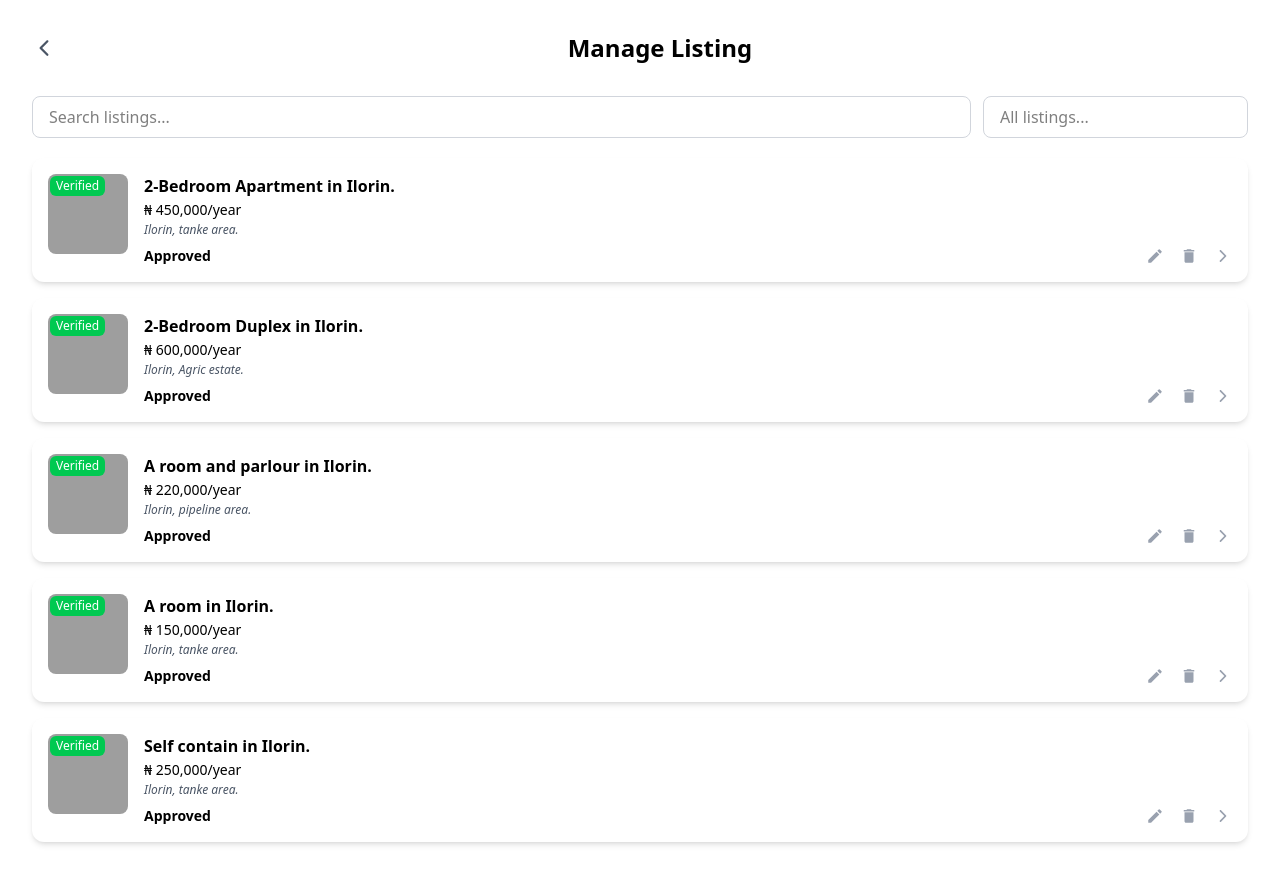
Repository: Em-driod/spotify-clone
Page: /Manage
The author's editor kept a copy of each file at every save. The page is drawn from the files as they stood at one save, then again after the next save.
The browser window is 1280 px wide. The pictures show the whole page.
Pictures or frames that could not be fetched are drawn as grey boxes. The project was rebuilt for these pictures with package versions that can differ from the ones it lists, and the page was loaded fresh each time. Also part of the build but not shown: vite.config.ts, src/pages/veryify.tsx, src/pages/LandingPage.tsx, src/pages/Back.tsx, src/pages/Change.tsx, src/pages/onboard.tsx, src/pages/Skips.tsx, src/pages/Otp.tsx and 6 more.

Above is the page before, as saved 2025-07-09 17:25:35.

After the next save:
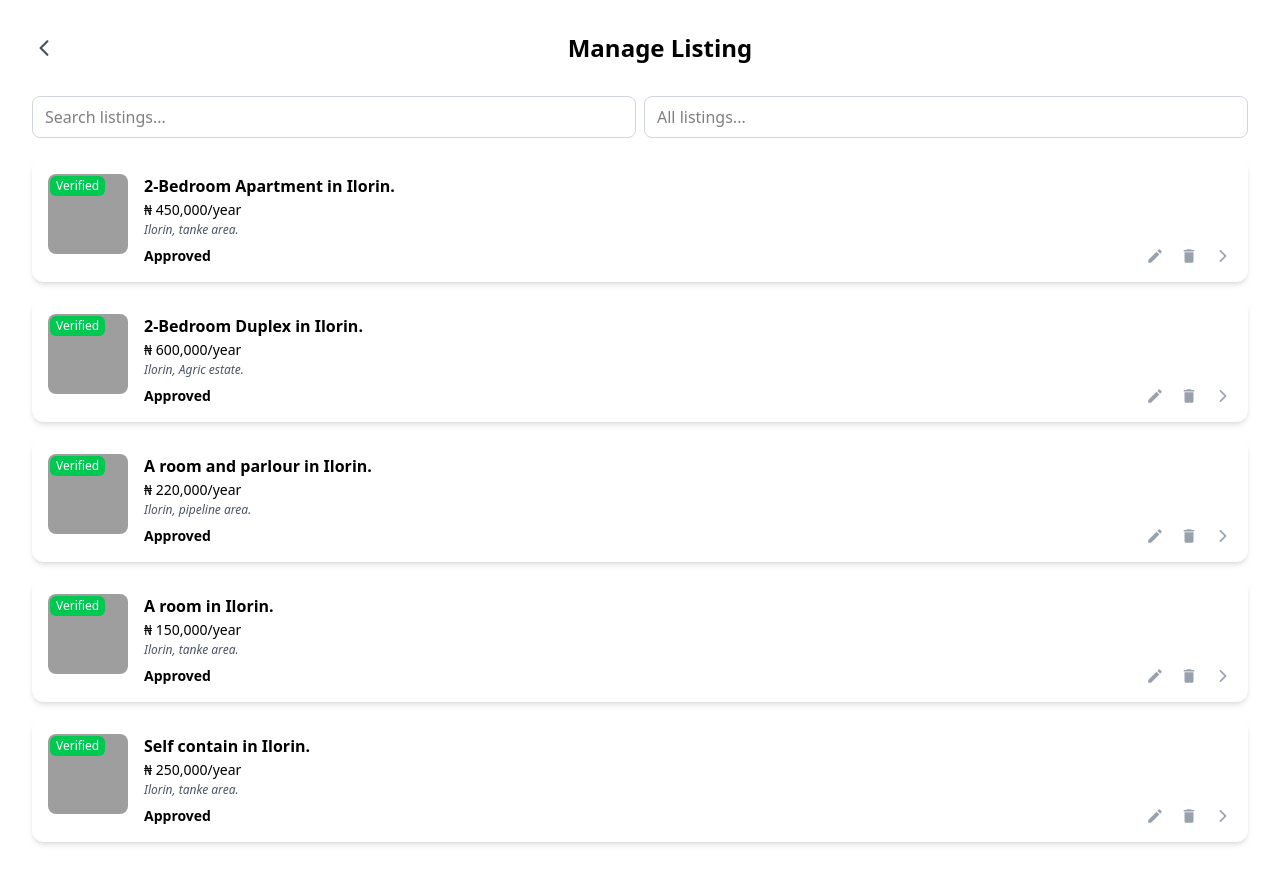
Saved 2 min 7 s later.
--- a/src/pages/Manage.tsx
+++ b/src/pages/Manage.tsx
@@ -1,5 +1,5 @@
 import React, { useState, useMemo } from 'react';
-import { IoIosArrowBack } from 'react-icons/io';
+import { IoIosArrowBack, IoIosArrowDown } from 'react-icons/io';
 import { MdEdit, MdDelete } from 'react-icons/md';
 
 // Define the interface for a Listing object
@@ -124,19 +124,21 @@ const Manage: React.FC = () => {
       </div>
 
       {/* Search and Filter Inputs */}
-      {/* Changed to flex-col on mobile, then md:flex for larger screens */}
-      <div className="flex flex-col md:flex-row gap-3 mb-5">
+      {/* Inputs are now always side-by-side using flex and w-1/2 for equal width */}
+      <div className="flex gap-2 mb-5"> {/* Reduced gap slightly for tighter fit on mobile */}
         <input
           type="text"
-          placeholder="Search listings..." // Changed placeholder back
-          className="flex-1 px-4 py-2 rounded-lg border border-gray-300 focus:outline-none focus:ring-2 focus:ring-[#5a1f8e] text-black bg-white text-sm md:text-base"
+          placeholder="Search listings..."
+          // Use w-1/2 for equal width, py-2 and px-3 for smaller padding on mobile
+          className="w-1/2 px-3 py-2 rounded-lg border border-gray-300 focus:outline-none focus:ring-2 focus:ring-[#5a1f8e] text-black bg-white text-xs sm:text-sm md:text-base"
           value={generalSearchQuery}
           onChange={(e) => setGeneralSearchQuery(e.target.value)}
         />
         <input
           type="text"
-          placeholder="All listings..." // Changed placeholder back
-          className="px-4 py-2 rounded-lg border border-gray-300 focus:outline-none focus:ring-2 focus:ring-[#8a2be2] text-black bg-white text-sm md:text-base"
+          placeholder="All listings..."
+          // Use w-1/2 for equal width, py-2 and px-3 for smaller padding on mobile
+          className="w-1/2 px-3 py-2 rounded-lg border border-gray-300 focus:outline-none focus:ring-2 focus:ring-[#8a2be2] text-black bg-white text-xs sm:text-sm md:text-base"
           value={statusFilterQuery}
           onChange={(e) => setStatusFilterQuery(e.target.value)}
         />
